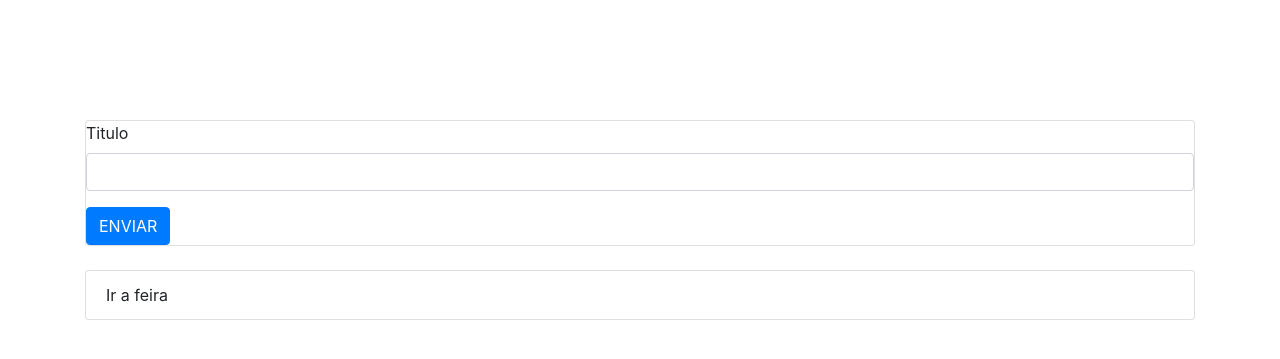
Repository: wolwerr/VueJs-Ninja
Page: Aula-15.html
The author's editor kept a copy of each file at every save. The page is drawn from the files as they stood at one save, then again after the next save.
The browser window is 1280 px wide. The pictures show the whole page.

Above is the page before, as saved 2021-10-26 00:18:21.

After the next save:
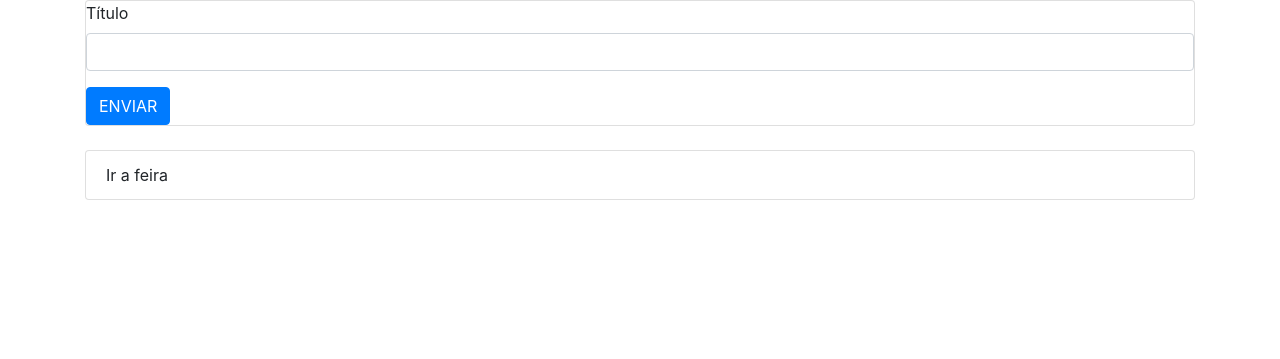
Saved 15 min 47 s later.
--- a/Aula-15.html
+++ b/Aula-15.html
@@ -1,100 +1,95 @@
 <!DOCTYPE html>
-<html lang="en">
-<head>
-    <meta charset="UTF-8">
-    <meta http-equiv="X-UA-Compatible" content="IE=edge">
-    <meta name="viewport" content="width=device-width, initial-scale=1.0">
-    <meta http-equiv="X-UA-Compatible" content="IE=edge">
-    <title>Aulas de Vuejs</title>
-    <link rel="stylesheet" href="https://maxcdn.bootstrapcdn.com/bootstrap/4.0.0/css/bootstrap.min.css" integrity="sha384-Gn5384xqQ1aoWXA+058RXPxPg6fy4IWvTNh0E263XmFcJlSAwiGgFAW/dAiS6JXm" crossorigin="anonymous">
-</head>
-<body>
-    <div id="app">
-        <br><br><br><br><br>
-        <div class="container">
-            <input-form></input-form>
+<html>
+    <head>
+        <meta charset="UTF-8">
+        <meta name="viewport" content="width=device-width,initial-scale=1.0">
+        <meta http-equiv="X-UA-Compatible" content="ie=edge">
+        <title>Teste vuesjs</title>
+        <link rel="stylesheet" href="https://stackpath.bootstrapcdn.com/bootstrap/4.3.1/css/bootstrap.min.css">
+    </head>
+    <body>
 
-            <br>
+        <div id="app">
 
-            <my-list></my-list>
+            <div class="container">
+                <formul></formul>
 
-        </div>
+                <br>
+                <list></list>
+
+            </div>
         </div>
 
-            <template id="form">
+        <template id="formul">
             <div class="card">
                 <div class="card-block">
                     <div class="form-group">
-                        <label for="">Titulo</label>
-                        <input v-model="title"
-                                type="text" class="form-control">
+                        <label for="">Título</label>
+                        <input v-model="title" type="text" class="form-control">
                     </div>
-                        <button @click.stop.prevent="submit()"
-                                class="btn btn-primary">ENVIAR</button>
+                    <button @click.stop.prevent="submit()" class="btn btn-primary">ENVIAR</button>
                 </div>
-                </div>
-            </template>
+            </div>
+        </template>
 
         <template id="list">
-        <ul class="list-group">
-            <li v-for="item in list"
-                class="list-group-item">{{ item.title }}</li>
+            <ul class="list-group">
+                <li class="list-group-item" v-for="(item, index) in list">
+                    {{item.title}}
+                </li>
 
-        </ul>
-
+            </ul>
         </template>
 
 
 
-    <script src="https://unpkg.com/vue"></script>
+        <script src="https://unpkg.com/vue"></script>
+        <script>
 
-    <script>
+            Vue.component('formul', {
+                template: "#formul",
+                data() {
+                    return {
+                        title: '',
+                    }
+                },
+                methods: {
+                    submit() {
+                        this.$eventHub.$emit('submit', this.title);
+                    }
+                }
+            });
 
-        Vue.component('input-form', {
-            template: "#form",
-            data() {
-                return {
-                    title: '',
+            Vue.component('list', {
+                template: "#list",
+                created(){
+                    var vm = this;
+                    this.$eventHub.$on('submit', function(title){
+                        if(title)
+                            vm.list.push({title: title});
+
+                    });
+                },
+
+                data() {
+                    return {
+                        list: [
+                            { title: "Ir a feira"}
+                        ]
+                    }
                 }
-            },
-            method:{
-                submit(){
-                    this.$eventHub.$emit('submit', this.title);
+            });
+
+            //var eventBus = new Vue();
+            Vue.prototype.$eventHub = new Vue();
+
+            var app = new Vue({
+                el: "#app",
+                data: {
+                    titulo: "Vuejs do jeito ninja"
+
                 }
-            }
-        });
-
-        Vue.component('my-list', {
-            template: "#list",
-            created(){
-                var vm = this;
-                this.eventHub.$on('submit', function(title) {
-                    if (title) {
-                        vm.list.push({ title: title });
-                    }
-                });
-            },
-            data(){
-                return {
-                    list:[
-                        { title: "Ir a feira"},
-                    ]
-                }
-            },
-        });
-
-        //var eventBus = new Vue();
-        Vue.prototype.$eventHub = new Vue();
-
-        var app = new Vue({
-            el: "#app",
-
-            data: {
-                titulo: "Aulas de Vuejs",
-
-
-            }
-        });
-    </script>
-</body>
+            });
+        </script>
+    </body>
 </html>

After the save that followed:
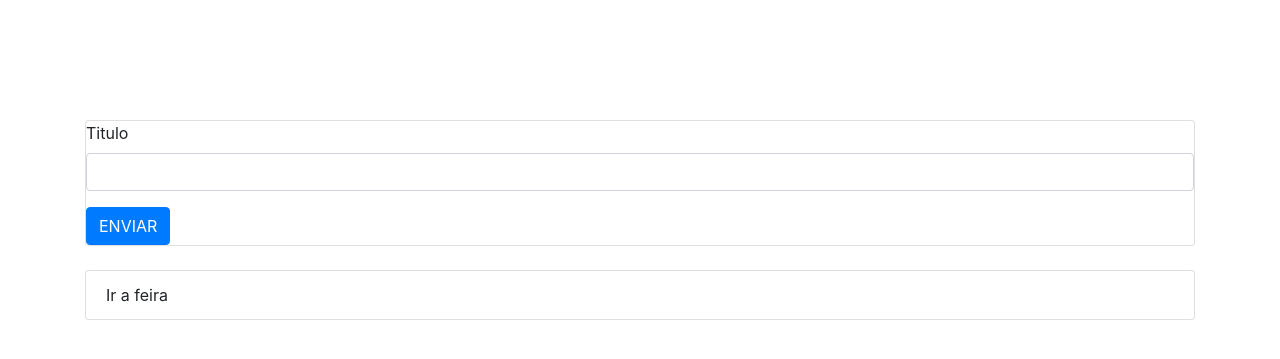
Saved 52 s later.
--- a/Aula-15.html
+++ b/Aula-15.html
@@ -1,95 +1,100 @@
 <!DOCTYPE html>
-<html>
-    <head>
-        <meta charset="UTF-8">
-        <meta name="viewport" content="width=device-width,initial-scale=1.0">
-        <meta http-equiv="X-UA-Compatible" content="ie=edge">
-        <title>Teste vuesjs</title>
-        <link rel="stylesheet" href="https://stackpath.bootstrapcdn.com/bootstrap/4.3.1/css/bootstrap.min.css">
-    </head>
-    <body>
+<html lang="en">
+<head>
+    <meta charset="UTF-8">
+    <meta http-equiv="X-UA-Compatible" content="IE=edge">
+    <meta name="viewport" content="width=device-width, initial-scale=1.0">
+    <meta http-equiv="X-UA-Compatible" content="IE=edge">
+    <title>Aulas de Vuejs</title>
+    <link rel="stylesheet" href="https://maxcdn.bootstrapcdn.com/bootstrap/4.0.0/css/bootstrap.min.css" integrity="sha384-Gn5384xqQ1aoWXA+058RXPxPg6fy4IWvTNh0E263XmFcJlSAwiGgFAW/dAiS6JXm" crossorigin="anonymous">
+</head>
+<body>
+    <div id="app">
+        <br><br><br><br><br>
+        <div class="container">
+            <input-form></input-form>
 
-        <div id="app">
+            <br>
 
-            <div class="container">
-                <formul></formul>
+            <my-list></my-list>
 
-                <br>
-                <list></list>
-
-            </div>
+        </div>
         </div>
 
-        <template id="formul">
+            <template id="form">
             <div class="card">
                 <div class="card-block">
                     <div class="form-group">
-                        <label for="">Título</label>
-                        <input v-model="title" type="text" class="form-control">
+                        <label for="">Titulo</label>
+                        <input v-model="title"
+                                type="text" class="form-control">
                     </div>
-                    <button @click.stop.prevent="submit()" class="btn btn-primary">ENVIAR</button>
+                        <button @click.stop.prevent="submit()"
+                                class="btn btn-primary">ENVIAR</button>
                 </div>
-            </div>
-        </template>
+                </div>
+            </template>
 
         <template id="list">
-            <ul class="list-group">
-                <li class="list-group-item" v-for="(item, index) in list">
-                    {{item.title}}
-                </li>
+        <ul class="list-group">
+            <li v-for="item in list"
+                class="list-group-item">{{ item.title }}</li>
 
-            </ul>
+        </ul>
+
         </template>
 
 
 
-        <script src="https://unpkg.com/vue"></script>
-        <script>
+    <script src="https://unpkg.com/vue"></script>
 
-            Vue.component('formul', {
-                template: "#formul",
-                data() {
-                    return {
-                        title: '',
+    <script>
+
+        Vue.component('input-form', {
+            template: "#form",
+            data() {
+                return {
+                    title: '',
+                }
+            },
+            method:{
+                submit(){
+                    this.$eventHub.$emit('submit', this.title);
+                }
+            }
+        });
+
+        Vue.component('my-list', {
+            template: "#list",
+            created(){
+                var vm = this;
+                this.eventHub.$on('submit', function(title) {
+                    if (title) {
+                        vm.list.push({ title: title });
                     }
-                },
-                methods: {
-                    submit() {
-                        this.$eventHub.$emit('submit', this.title);
-                    }
+                });
+            },
+            data(){
+                return {
+                    list:[
+                        { title: "Ir a feira"},
+                    ]
                 }
-            });
+            },
+        });
 
-            Vue.component('list', {
-                template: "#list",
-                created(){
-                    var vm = this;
-                    this.$eventHub.$on('submit', function(title){
-                        if(title)
-                            vm.list.push({title: title});
+        //var eventBus = new Vue();
+        Vue.prototype.$eventHub = new Vue();
 
-                    });
-                },
+        var app = new Vue({
+            el: "#app",
 
-                data() {
-                    return {
-                        list: [
-                            { title: "Ir a feira"}
-                        ]
-                    }
-                }
-            });
+            data: {
+                titulo: "Aulas de Vuejs",
 
-            //var eventBus = new Vue();
-            Vue.prototype.$eventHub = new Vue();
 
-            var app = new Vue({
-                el: "#app",
-                data: {
-                    titulo: "Vuejs do jeito ninja"
-
-                }
-            });
-        </script>
-    </body>
+            }
+        });
+    </script>
+</body>
 </html>
